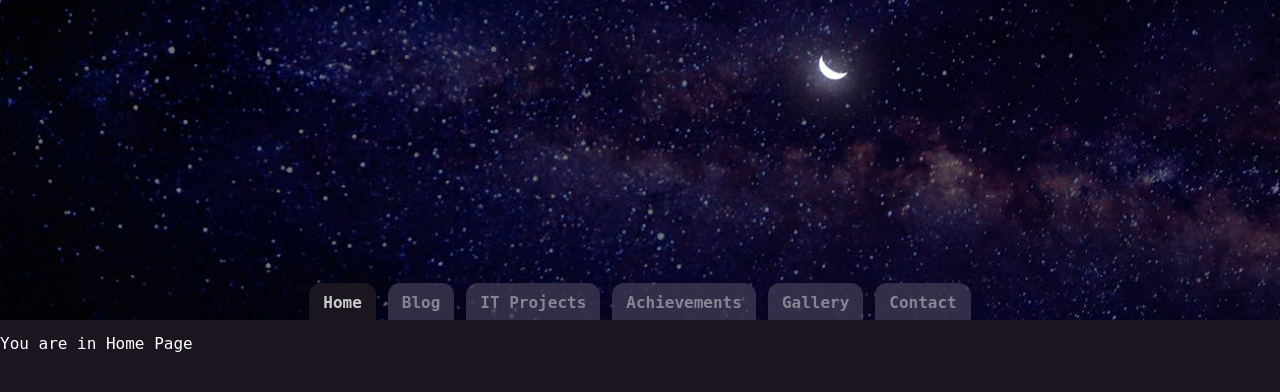
Repository: JMauve2233248/JiajyStudio
Page: Home.html
The author's editor kept a copy of each file at every save. The page is drawn from the files as they stood at one save, then again after the next save.
The browser window is 1280 px wide. The pictures show the whole page.

Above is the page before, as saved 2026-03-04 23:15:23.

### Home.html
<!DOCTYPE html>
<html lang="en">
    <head>
        <meta charset="UTF-8" />
        <meta name="viewport" content="width=device-width, initial-scale=1.0" />
        <title>IT Portfolio</title>
        <link rel="stylesheet" href="css/main.css" />
        <link rel="stylesheet" href="css/home.css" />
    </head>
    <body>
        <!--Header image-->
        <div class="header-image">
            <img src="images/header.png" alt="Header Image"/>
        </div>

        <nav class="tabs">
            <a class="tab active" href="Home.html">Home</a>
            <a class="tab" href="Blog.html">Blog</a>
            <a class="tab" href="ITprojects.html">IT Projects</a>
            <a class="tab" href="Achievement.html">Achievements</a>
            <a class="tab" href="Gallery.html">Gallery</a>
            <a class="tab" href="Contact.html">Contact</a>
        </nav>

        <p>You are in Home Page</p>
    </body>
</html>

### css/main.css
:root {
    /* Define color variables */
    /* Dark Mode*/
    --background-color: #1a151f; /*Dark Purple*/
    --purple-color: #3F3381; /*Purple*/
    --purple-glow-color: #dfdae7; /*Lighter Purple for Glow Effect*/
    --yellow-color: #FFD700; /*Yellow*/
}

html, body {
    -ms-overflow-style: none;  /* IE and Edge */
    scrollbar-width: none;  /* Firefox */
}

html::-webkit-scrollbar, body::-webkit-scrollbar {
    display: none;  /* Chrome, Safari, and Opera */
}

body {
    font-family: 'Monospace', 'Lucida Sans', 'Lucida Sans Regular', 'Lucida Grande', 'Lucida Sans Unicode', Geneva, Verdana, sans-serif;
    background-color: var(--background-color);
    color: white;
    margin: 0;
}

footer {
    font-size: 0.5em;
    text-align: center;
    color: white;
}

/*========================= Moon Button on Top-right =========================*/
.moon-button {
    position: fixed;
    top: 18px;
    right: 18px;
    z-index: 1000;
    width: 46px;
    height: 46px;
    font-size: 20px;
    cursor: pointer;
    background: transparent;
    color: white;
    mix-blend-mode: difference; /* Invert colors for better visibility on different backgrounds */
    border: none;
    border-radius: 50%;
    transition: opacity .2s, transform .2s; /* Smooth transition for show/hide and hover effects */
}

.moon-button:hover {
    box-shadow: 0 0 22px var(--yellow-color);
    color: var(--yellow-color);
    transform: translateY(-1px);
    transition: 0.15s;
}

.moon-button.hidden {
    opacity: 0;
    transform: translateY(-6px);
    pointer-events: none;
}

.moon-button.show {
    opacity: 1;
    transform: translateY(0);
    pointer-events: auto;
}

/*overlay*/
.overlay {
    position: fixed;
    inset: 0;
    background: rgba(0,0,0,0.45);
    z-index: 999;
    opacity: 0;
    pointer-events: none;
    transition: 0.2s;
}

/*Popup Menu*/
.popup-menu {
    position: fixed;
    right: 18px;
    top: 70px;
    z-index: 1001;

    width: 220px;
    padding: 14px 14px 10px;
    border-radius: 18px;

    background: var(--background-color);
    border: 1px solid rgba(255,255,255,0.2);
    backdrop-filter: blur(10px);

    transform: translateY(-10px) scale(0.98);
    opacity: 0;
    pointer-events: none;
    transition: 0.2s;
}

/*Menu List*/
.Menu-List{
    display: flex;
    flex-direction: column;
    margin-top: 22px;
    gap: 8px;
}

.Menu-List a{
    text-decoration: none;
    color: #eaeaf0;
    padding: 10px 12px;
    border-radius: 12px;
}

.Menu-List a:hover{
    color: var(--yellow-color);
}

/*When close the menu*/
.overlay.show{
    opacity: 1;
    pointer-events: auto;
}

.popup-menu.show{
    opacity: 1;
    pointer-events: auto;
    transform: translateY(0) scale(1);
}

/*========================= Navigation Bar =========================*/
#tabMarker {
    height: 1px;
}

.tabs {
    display: flex;
    gap: 12px;
    align-items: flex-end;
    padding: 0 16px;
    border-radius: 2px;
    background: none;
    position: relative;
    margin-top: -39px;
    justify-content: center;
    z-index: 10;
}

.tab {
    position: relative;
    padding: 10px 14px 8px;
    color: rgba(255, 255, 255, 0.416);
    text-decoration: none;
    font-weight: 600;
    background: rgba(64, 59, 84, 0.75);
    border-bottom: none;
    border-top-left-radius: 12px;
    border-top-right-radius: 12px;
    transform: translateY(2px);
}

.tab::before {
    content: "";
    position: absolute;
    top: -10px;
    left: 10px;
    width: 22px;
    height: 12px;
    border-bottom: none;
    border-top-left-radius: 10px;
    border-top-right-radius: 10px;
}

.tab:hover {
    color: var(--yellow-color);
}

.tab.active {
    background-color: var(--background-color);
    color: #ccc;
}

.tab.active:hover {
    color: var(--yellow-color);
}

.header-image {
    position: relative;
    width: 100%;
    height: 20rem;
    overflow: hidden;
}

.header-image img {
    width: 100%;
    height: 100%;
    object-fit: cover;
    object-position: center;
    display: block;
}

Loaded but not shown: css/home.css (no stored copy; drawn as an empty file)

After the next save:
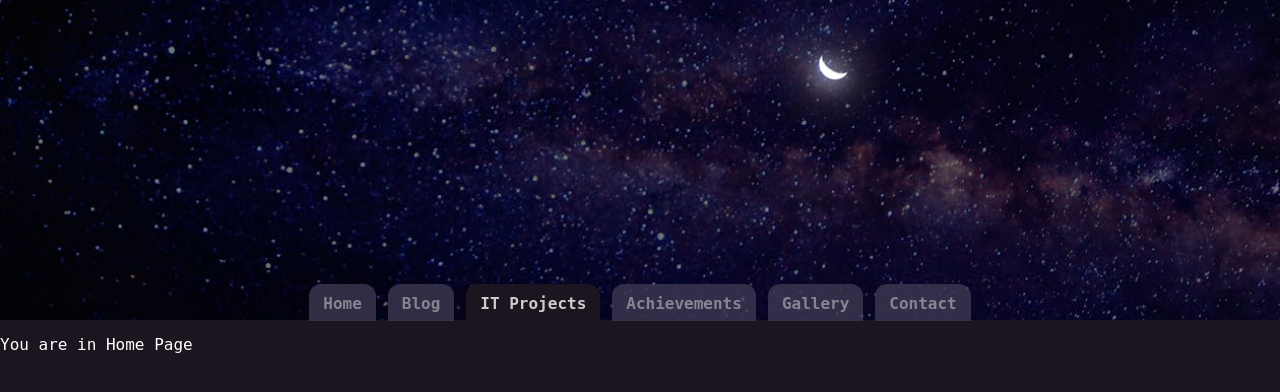
Saved 21 s later.
--- a/Home.html
+++ b/Home.html
@@ -8,15 +8,35 @@
         <link rel="stylesheet" href="css/home.css" />
     </head>
     <body>
+        <!--Moon button-->
+        <button class="moon-button hidden" id="menuBtn">⏾</button>
+
+        <!--Menu Overlay-->
+        <div class="overlay" id="overlay"></div>
+
+        <!--Popup Menu-->
+        <div class="popup-menu" id="popupMenu">
+            <nav class="Menu-List">
+                <a href="Home.html">Home</a>
+                <a href="Blog.html">Blog</a>
+                <a href="ITprojects.html">IT Projects</a>
+                <a href="Achievement.html">Achievements</a>
+                <a href="Gallery.html">Gallery</a>
+                <a href="Contact.html">Contact</a>
+            </nav>
+        </div>
+
         <!--Header image-->
         <div class="header-image">
             <img src="images/header.png" alt="Header Image"/>
         </div>
 
+        <!--Nav tabs-->
+        <div id="tabMarker"></div>
         <nav class="tabs">
-            <a class="tab active" href="Home.html">Home</a>
+            <a class="tab" href="Home.html">Home</a>
             <a class="tab" href="Blog.html">Blog</a>
-            <a class="tab" href="ITprojects.html">IT Projects</a>
+            <a class="tab active" href="ITprojects.html">IT Projects</a>
             <a class="tab" href="Achievement.html">Achievements</a>
             <a class="tab" href="Gallery.html">Gallery</a>
             <a class="tab" href="Contact.html">Contact</a>
